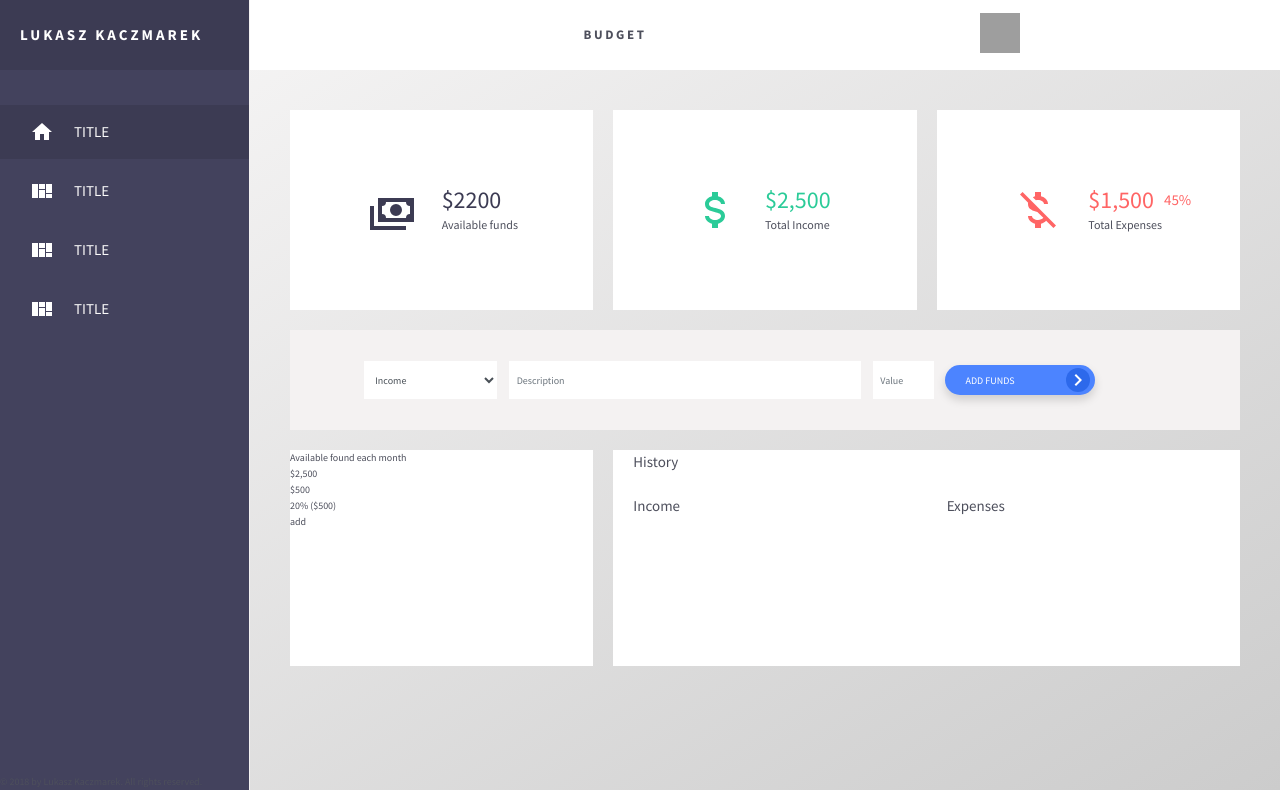
Repository: Archezi/BudgetApplication
Page: index.html
These files come from the project's save history. The page is drawn as it stood at one moment and after the next save; the edit follows.
The browser window is 1280 px wide. The pictures show the whole page.
Pictures or frames that could not be fetched are drawn as grey boxes. The style sheet was rebuilt from its Sass, Less or Tailwind sources for each picture, by a compiler version that may differ from the author's.

Above is the page before, as saved 2018-08-31 11:15:22.

### index.html
<!DOCTYPE html>
<html lang="en">
<head>
    <meta charset="UTF-8">
    <meta name="viewport" content="width=device-width, initial-scale=1.0">
    <meta http-equiv="X-UA-Compatible" content="ie=edge">
    <link href="https://fonts.googleapis.com/css?family=Source+Sans+Pro:300,400,700" rel="stylesheet">
    <!--Import Google Icon Font-->
    <link href="https://fonts.googleapis.com/icon?family=Material+Icons" rel="stylesheet">
    <!--Import materialize.css-->
    <link type="text/css" rel="stylesheet" href="css/bootstrap.min.css"  media="screen,projection"/>
    <!-- Website style.css-->
    <link rel="stylesheet" href="css/style.comp.css">

    <title>Budget Application</title>

</head>
<body>
   <div class="web__container">
        <header class="header">
            <div class="logo">
                <h1>Lukasz Kaczmarek</h1>
            </div>
            <div class="page_title">
                <h2>Budget</h2>
            </div>
            <div class="user-nav">
                <div class="user-nav__icon"></div>
                <div class="user-nav__profile">
                    <img src="https://source.unsplash.com/random/40x40" alt="">
                </div>
            </div>
        </header>

        <div class="content">
            <nav class="sidebar">
                <ul class="side-nav">
                    <li class="side-nav__item side-nav__item--active">
                        <a href="#" class="side-nav__link">
                                <svg class="side-nav__icon" style="width:24px;height:24px" viewBox="0 0 24 24">
                                    <path fill="#fff" d="M10,20V14H14V20H19V12H22L12,3L2,12H5V20H10Z" />
                                </svg>
                            <span>Title</span>
                        </a>
                    </li>
                    <li class="side-nav__item ">
                        <a href="#" class="side-nav__link">
                            <svg class="side-nav__icon" style="width:24px;height:24px" viewBox="0 0 24 24">
                                <path fill="#000000" d="M2,5V19H8V5H2M9,5V10H15V5H9M16,5V14H22V5H16M9,11V19H15V11H9M16,15V19H22V15H16Z" />
                            </svg>
                            <span>Title</span>
                        </a>
                    </li>
                    <li class="side-nav__item ">
                        <a href="#" class="side-nav__link">
                            <svg class="side-nav__icon" style="width:24px;height:24px" viewBox="0 0 24 24">
                                <path fill="#000000" d="M2,5V19H8V5H2M9,5V10H15V5H9M16,5V14H22V5H16M9,11V19H15V11H9M16,15V19H22V15H16Z" />
                            </svg>
                            <span>Title</span>
                        </a>
                    </li>
                    <li class="side-nav__item ">
                        <a href="#" class="side-nav__link">
                            <svg class="side-nav__icon" style="width:24px;height:24px" viewBox="0 0 24 24">
                                <path fill="#000000" d="M2,5V19H8V5H2M9,5V10H15V5H9M16,5V14H22V5H16M9,11V19H15V11H9M16,15V19H22V15H16Z" />
                            </svg>
                            <span>Title</span>
                        </a>
                    </li>
                </ul>

                <div class="legal">
                    &copy; 2018 by Lukasz Kaczmarek. All rights reserved.
                </div>
            </nav>

            <div class="main">

                <div class="overview">
                    <div class="total__available-funds">
                        <svg style="width:48px;height:48px" viewBox="0 0 24 24">
                            <path fill="#000000" d="M5,6H23V18H5V6M14,9A3,3 0 0,1 17,12A3,3 0 0,1 14,15A3,3 0 0,1 11,12A3,3 0 0,1 14,9M9,8A2,2 0 0,1 7,10V14A2,2 0 0,1 9,16H19A2,2 0 0,1 21,14V10A2,2 0 0,1 19,8H9M1,10H3V20H19V22H1V10Z" />
                        </svg>
                        <div class="total-funds">$2200</div>
                        <div class="total-funds-description">Available funds</div>
                    </div>
                    <div class="total__income">
                        <svg style="width:48px;height:48px" viewBox="0 0 24 24">
                            <path fill="#000000" d="M7,15H9C9,16.08 10.37,17 12,17C13.63,17 15,16.08 15,15C15,13.9 13.96,13.5 11.76,12.97C9.64,12.44 7,11.78 7,9C7,7.21 8.47,5.69 10.5,5.18V3H13.5V5.18C15.53,5.69 17,7.21 17,9H15C15,7.92 13.63,7 12,7C10.37,7 9,7.92 9,9C9,10.1 10.04,10.5 12.24,11.03C14.36,11.56 17,12.22 17,15C17,16.79 15.53,18.31 13.5,18.82V21H10.5V18.82C8.47,18.31 7,16.79 7,15Z" />
                        </svg>
                        <div class="total__income-funds">$2,500</div>
                        <div class="total__income-description">Total Income</div>

                    </div>
                    <div class="total__expenses">
                        <svg style="width:48px;height:48px" viewBox="0 0 24 24">
                            <path fill="#000000" d="M3,4.27L4.28,3L21,19.72L19.73,21L16.06,17.33C15.44,18 14.54,18.55 13.5,18.82V21H10.5V18.82C8.47,18.31 7,16.79 7,15H9C9,16.08 10.37,17 12,17C13.13,17 14.14,16.56 14.65,15.92L11.68,12.95C9.58,12.42 7,11.75 7,9C7,8.77 7,8.55 7.07,8.34L3,4.27M10.5,5.18V3H13.5V5.18C15.53,5.69 17,7.21 17,9H15C15,7.92 13.63,7 12,7C11.63,7 11.28,7.05 10.95,7.13L9.4,5.58L10.5,5.18Z" />
                        </svg>
                        <div class="total__expenses-value">
                            <div class="total__expenses-funds">$1,500 </div>
                            <div class="total__expenses-percentage">45%</div>
                        </div>
                        <div class="total__expenses-description">Total Expenses</div>



                    </div>
                </div>
                <div class="input__section-wrapper">
                    <div class="input__section">
                        <select  class="form-control input__type ">
                            <!-- <option value="" >Choose type</option> -->
                            <option class="input__option" value="inc">Income</option>
                            <option class="input__option" value="exp">Expense</option>
                        </select>
                        <input placeholder="Description" class="form-control input__description" type="text">
                        <input placeholder="Value" class="form-control input__value" type="text">
                        <button class="shadow btn input__btn add__btn">Add Funds
                                <svg style="width:24px;height:24px" viewBox="0 0 24 24">
                                    <path fill="#000000" d="M8.59,16.58L13.17,12L8.59,7.41L10,6L16,12L10,18L8.59,16.58Z" />
                                </svg>
                        </button>
                    </div>
                </div>




                <div class="budget">
                    <div class="available-funds-panel">
                        <div class="available-funds__title">Available found each month</div>
                        <div class="available-found__value">$2,500</div>
                        <div class="available-found__deposit">$500</div>
                        <div class="available-found__deposit--percentage">20% ($500)</div>
                        <div class="available-found__btn add__btn">
                            <i></i>add
                        </div>
                    </div>

                    <div class="history-panel">
                        <div class="history-panel--title">History</div>
                        <div class="history__income-container">
                            <div class="history__income-title">Income</div>

                            <!--

                            <div class="list-item" id="income-0">
                                <div class="item__description">Salary</div>
                                <div class="right">
                                    <div class="item__value">2,100</div>
                                    <div class="item__delete">
                                        <button type="button" class="item__delete--btn  ">
                                                <svg style="width:12px;height:12px" viewBox="0 0 24 24">
                                                    <path fill="#000000" d="M12,2C17.53,2 22,6.47 22,12C22,17.53 17.53,22 12,22C6.47,22 2,17.53 2,12C2,6.47 6.47,2 12,2M15.59,7L12,10.59L8.41,7L7,8.41L10.59,12L7,15.59L8.41,17L12,13.41L15.59,17L17,15.59L13.41,12L17,8.41L15.59,7Z" />
                                                </svg>
                                        </button>
                                    </div>
                                </div>
                            </div>

                            -->
                        </div>


                        <div class="history__expense-container">
                            <div class="history__expense-title">Expenses</div>

                            <!--

                            <div class="list-item" id="expense-0">
                                <div class="item__description">Salary</div>
                                <div class="right">
                                    <div class="item__value">2,100</div>
                                    <div class="item__delete">
                                        <button type="button" class="item__delete--btn  ">
                                                <svg style="width:12px;height:12px" viewBox="0 0 24 24">
                                                    <path fill="#000000" d="M12,2C17.53,2 22,6.47 22,12C22,17.53 17.53,22 12,22C6.47,22 2,17.53 2,12C2,6.47 6.47,2 12,2M15.59,7L12,10.59L8.41,7L7,8.41L10.59,12L7,15.59L8.41,17L12,13.41L15.59,17L17,15.59L13.41,12L17,8.41L15.59,7Z" />
                                                </svg>
                                        </button>
                                    </div>
                                </div>
                            </div>

                            -->

                        </div>

                    </div>

                </div>
                <!-- <div class="statistics">
                    <div class="net-profit-panel"></div>
                    <div class="tax-panel"></div>
                    <div class="savings-panel"></div>
                    <div class="projections"></div>

                </div>
                <div class="statistics">
                    <div class="net-profit-panel"></div>
                    <div class="tax-panel"></div>
                    <div class="savings-panel"></div>
                    <div class="projections"></div>

                </div> -->



            </div>


        </div>




   </div>

   <!-- Compiled and minified JavaScript -->
   <script src="js/jquery.min.js"></script>
   <script src="js/bootstrap.js"></script>
   <!-- <script src="https://cdnjs.cloudflare.com/ajax/libs/materialize/1.0.0-rc.2/js/materialize.min.js"></script> -->
   <script src="js/myscript.js"></script>
</body>
</html>

### sass/main.scss
@import "base/reset";
@import "base/base";
@import "base/typography";

@import "abstracts/variables";
@import "components/mainComponent";
@import "components/layout";

### sass/base/_base.scss
:root {
    --color-primary: #eb2f64;
    --color-primary-light: #FF3366;
    --color-primary-dark: #BA265D;

    --color-background-dark: #3C3B53;
    --color-background-light: #43425D;
    --color-grey-light-0: rgba(250, 249, 249, 0.5);
    --color-grey-light-1: #faf9f9;
    --color-grey-light-2: #f4f2f2;
    --color-grey-light-3: #f0eeee;
    --color-grey-light-4: #ccc;

    --color-grey-dark-1: #333;
    --color-grey-dark-2: #4D4F5C;
    --color-grey-dark-3: #999;
    --color-white: #fff;
    --shadow-dark: 0 2rem 6rem rgba(0,0,0,.3);
    --shadow-light: 0 2rem 5rem rgba(0,0,0,.06);


    --button-primary-blue: #4c84ff;
    --button-primary-blue-darker: #2d69eb;
    --button-secondary-green: #2bcb98;
    --button-secondary-red: #FF6565;

    --line: 1px solid var(--color-grey-light-2);
}

$bp-largest: 75em;     // 1200px
$bp-large: 68.75em;    // 1100px
$bp-medium: 56.25em;   // 900px
$bp-small: 37.5em;     // 600px
$bp-smallest: 31.25em; // 500px

* {
    margin: 0;
    padding: 0;
}

*,
*::before,
*::after {
    box-sizing: inherit;
}

html {
    box-sizing: border-box;
    font-size: 62.5%; // 1rem = 10px, 10px/16px = 62.5%

    @media only screen and (max-width: $bp-large) {
        font-size: 50%;
    }
}

body {


    color: var(--color-grey-dark-2);
    background-image: linear-gradient(to right bottom, var(--color-grey-light-1), var(--color-grey-light-4));
    background-size: cover;
    background-repeat: no-repeat;

    min-height: 100vh;
}

### sass/base/_typography.scss
body {

    font-weight: 400;
    line-height: 1.6;
    font-family: 'Source Sans Pro', sans-serif;
    text-rendering: optimizeLegibility;
    -webkit-font-smoothing: antialiased;

}

### sass/abstracts/_variables.scss
$header-height: 7rem;
$sidebar-width: 25rem;
$main: calc(4rem + $header-height );
$fraction: 1fr;

### sass/components/_layout.scss
.web__container {
    max-width: 100% !important;
    min-height: 100vh;
    margin: 0 auto;

}

.header {
    height: $header-height;
    background: var(--color-white);
    position: fixed;
    top: 0;
    width: 100%;
    display: flex;
    justify-content: space-between;
    align-items: center;
    z-index: 1000;
}
.content {

}

///////////////////////////////////////
// SIDEBAR

.sidebar {
    border-right: var(--line);
    background-color: var(--color-background-light);
    position: fixed;
    left: 0;
    top: 0;
    width: 25rem;
    margin-top: $header-height;
    // width: 25rem;
    display: flex;
    flex-direction: column;
    justify-content: space-between;
    min-height: calc(100vh );
    z-index: 999;
}

//////////////////////////////////////////
// MAIN
.main {
    margin-top: $header-height;
    padding: 4rem 4rem 7rem 29rem;
    width: 100%;
    min-height: calc(100vh - 7rem);
    display: grid;
    grid-gap: 2rem;
    grid-auto-rows: 20rem 10rem auto;



    ////////////////////////////////////////
    // OVERVIEW
    .overview {
        display: grid;
        grid-gap: 2rem;
        grid-template-columns: repeat(3, 1fr);

        .total {
            &__available-funds {
                display: grid;
                grid-template-columns: 10rem 10rem;
                grid-auto-rows: auto;
                align-items: center;
                justify-content: center;
                svg {
                    justify-self: center;
                    grid-row: span 2;
                }
            }
            &-funds {
                align-self: end;
            }
            &-funds-description {

                align-self: start;
            }

            &__income {

                display: grid;
                grid-template-columns: 10rem 10rem;
                grid-auto-rows: auto;
                align-items: center;
                justify-content: center;

                svg {
                    justify-self: center;
                    grid-row: span 2;

                }
                &-funds {
                    align-self: end;
                }
                &-description {
                    align-self: start;
                }
            }
            &__expenses {
                display: grid;
                grid-template-columns: 10rem 10rem;
                grid-auto-rows: auto;
                align-items: center;
                justify-content: center;

                svg {
                    justify-self: center;
                    grid-row: span 2;
                }
                &-value {
                    display: grid;
                    grid-template-columns: repeat(2, 1fr);
                    grid-gap: 1rem;
                    align-self: end;
                    align-items: center;
                }
                &-funds {
                    align-self: end;
                }
                &-description {
                    align-self: start;
                }
            }
        }


    }

    ////////////////////////////////////////
    // INPUT BAR
    .input {
        &__section-wrapper {
            display: grid;

            background: var(--color-grey-light-2);
            align-content: center;
            justify-content: center;

        }
        &__section {
            display: grid;
            grid-gap: 1rem;
            grid-template-columns: repeat(12, 1fr);
            align-items: center;

            .form-control {
                height: 4rem;
                border-radius: 0;
                border-color: var(--color-grey-light-2);
            }
        }
        &__type {
            grid-column: 2 / span 2;
        }
        &__description {
            grid-column: 4 / span 5;
        }
        &__value {
            grid-column: 9 / span 1;
        }
        &__btn {
            grid-column: 10 / span 1;

        }

    }
    ////////////////////////////////////////
    // BUDGET
    .budget {
        display: grid;
        grid-gap: 2rem;
        grid-template-columns: repeat(3, 1fr);
        grid-template-rows: minmax(1fr, auto);
        & > * {
            background: var(--color-white);
        }



        }

    }
    ////////////////////////////////////////
    // BUDGET LEFT
    // Available Funds
    .available-funds-panel {
        grid-row: span 3;
    }
    ////////////////////////////////////////
    // BUDGET RIGHT
    // History panel
    .history-panel {

        grid-column: 2 / span 2;
        grid-row: 1/ span 3;
        display: grid;
        grid-template-columns: 1fr 1fr;
        grid-template-rows: 1fr 8fr;
        &--title {
            grid-column: span 2;
            align-self: center;
            padding:0 2rem;
        }
        .history__income-container,
        .history__expense-container {
            padding: 2rem;
        }
    }
    .history__expense-title,
    .history__income-title {
        margin: 0 0 1rem;

    }
    .list-item {

        .item__description {
            grid-column: span 3;
        }
        .right {
            justify-self: end;
            align-self: center;
            display: grid;
            grid-column: span 1;
            grid-auto-flow: column;
        }
    }







//////////////////////////////////////////////@at-root
// Footer
.footer {
    position: absolute;
    bottom: 0;
    background: var(--color-white);
    z-index: 1;
    height: $header-height;
    width: calc(100%);
    z-index: 100;
}

Loaded but not shown: css/bootstrap.min.css (library); js/jquery.min.js (library); js/bootstrap.js (library); sass/base/_reset.scss (common file); js/myscript.js (272 lines, source omitted); sass/components/_mainComponent.scss (342 lines, source omitted)

After the next save:
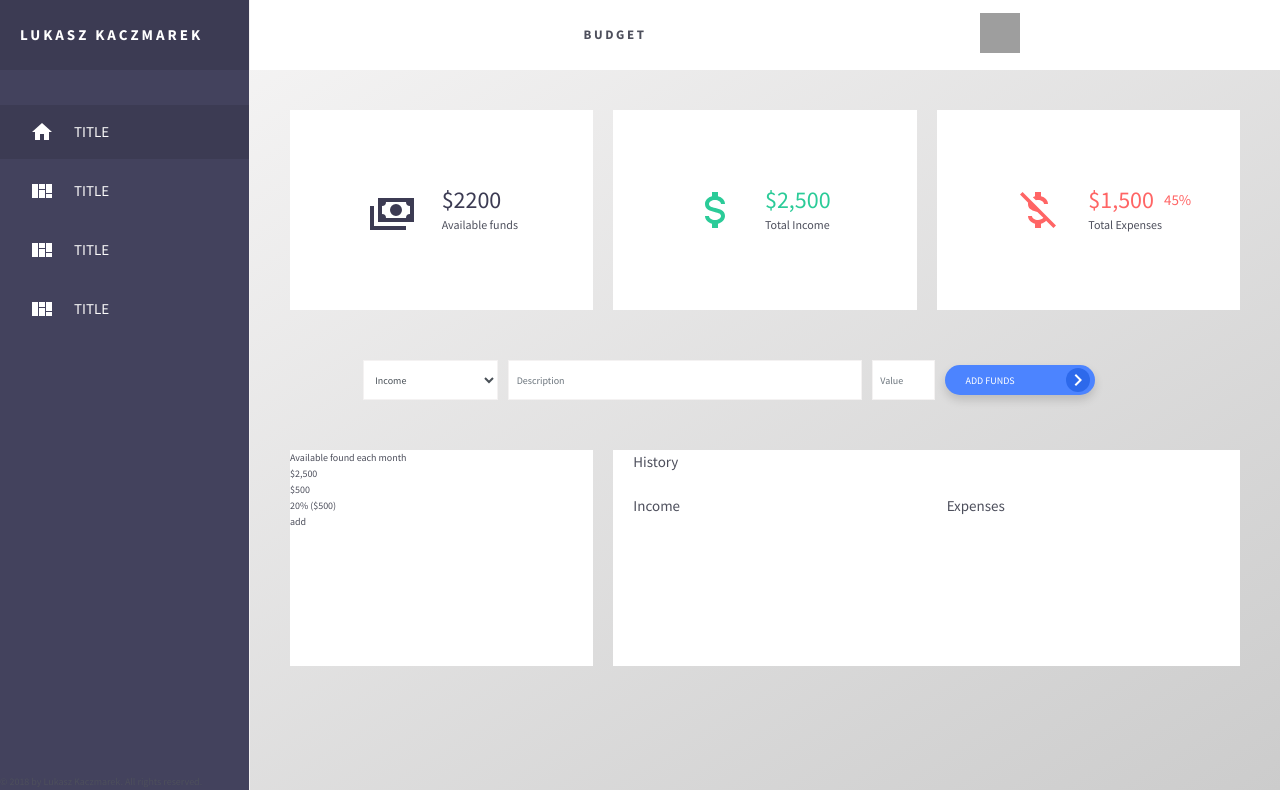
Saved 41 s later.
--- a/sass/components/_layout.scss
+++ b/sass/components/_layout.scss
@@ -134,22 +134,17 @@
     .input {
         &__section-wrapper {
             display: grid;
-
-            background: var(--color-grey-light-2);
             align-content: center;
             justify-content: center;
-
         }
         &__section {
             display: grid;
             grid-gap: 1rem;
             grid-template-columns: repeat(12, 1fr);
             align-items: center;
-
             .form-control {
                 height: 4rem;
                 border-radius: 0;
-                border-color: var(--color-grey-light-2);
             }
         }
         &__type {

After the save that followed:
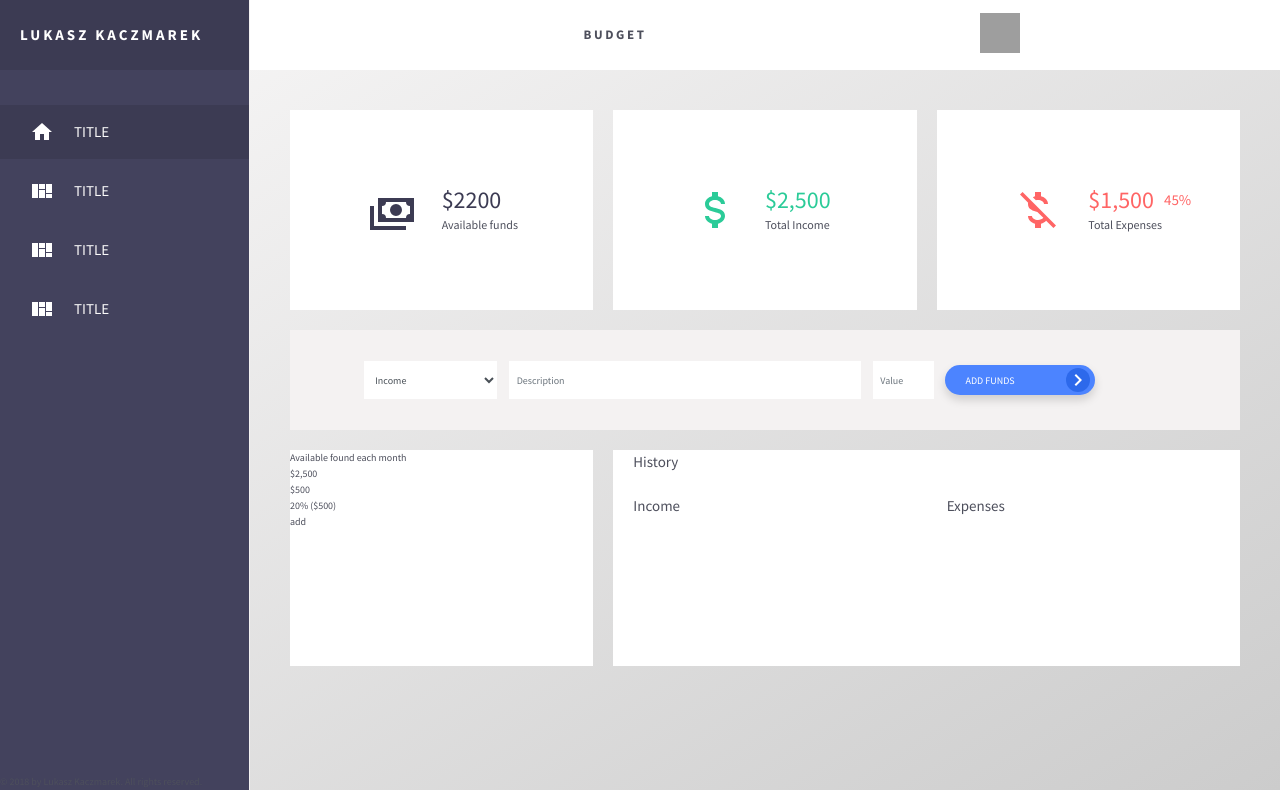
Saved 20 s later.
--- a/sass/components/_layout.scss
+++ b/sass/components/_layout.scss
@@ -134,17 +134,22 @@
     .input {
         &__section-wrapper {
             display: grid;
+
+            background: var(--color-grey-light-2);
             align-content: center;
             justify-content: center;
+
         }
         &__section {
             display: grid;
             grid-gap: 1rem;
             grid-template-columns: repeat(12, 1fr);
             align-items: center;
+
             .form-control {
                 height: 4rem;
                 border-radius: 0;
+                border-color: var(--color-grey-light-2);
             }
         }
         &__type {
